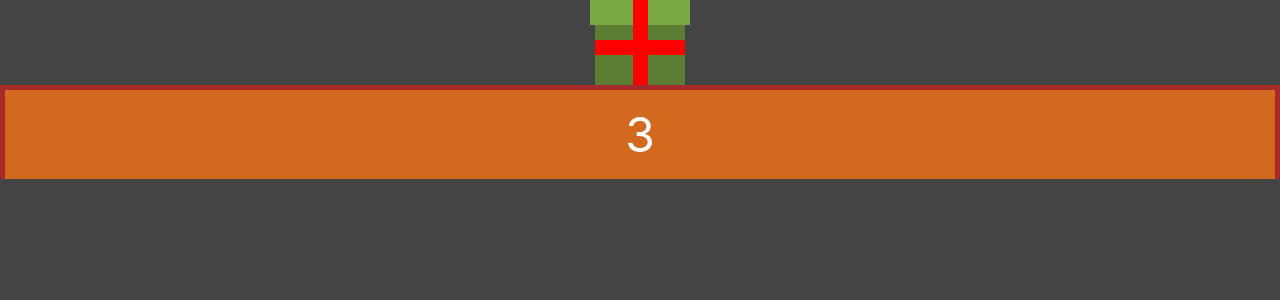
Repository: Mira757/Projeto-Porta-Premiada
Page: /
The author's editor kept a copy of each file at every save. The page is drawn from the files as they stood at one save, then again after the next save.
The browser window is 1280 px wide. The pictures show the whole page.
The project was rebuilt for these pictures with package versions that can differ from the ones it lists, and the page was loaded fresh each time. The framework's server and built-in components were replaced by stand-ins that run in the browser. Also part of the build but not shown: next.config.js.

Above is the page before, as saved 2022-03-16 17:53:01.

### pages/index.jsx
import Porta from "../components/Porta";
import Presente from "../components/Presente";

export default function Home() {
  return (
    <div >
      <Presente />
      <Porta/>
    </div>
  )
}

### styles/globals.css
html,
body {
  padding: 0;
  margin: 0;
  font-family: -apple-system, BlinkMacSystemFont, Segoe UI, Roboto, Oxygen,
    Ubuntu, Cantarell, Fira Sans, Droid Sans, Helvetica Neue, sans-serif;
  background-color: #444;
  color: #fff;
}

a {
  color: inherit;
  text-decoration: none;
}

* {
  box-sizing: border-box;
}

:rott {
  --area-porta-altura: 310px;
  --area-porta-largura: 200px;
}

### components/Porta.jsx
import styles from "../styles/Porta.module.css"

export default function Porta(props) {
  return (
    <div className={styles.area}>
      <div className={styles.estrutura}>
        <div className={styles.porta}>
          <div className={styles.numero}>3</div>
        </div>
      </div>
    </div>
  )
}

### components/Presente.jsx
import styles from "../styles/Presente.module.css"

export default function Presente() {
  return (
    <div className={styles.presente}>
      <div className={styles.topo}></div>
      <div className={styles.corpo}></div>
      <div className={styles.laco1}></div>
      <div className={styles.laco2}></div>
    </div>
  )
}

### styles/Porta.module.css
.area {
  display: flex;
  width: var(--area-porta-largura);
  height: var(--area-porta-altura);
}

.estrutura {
  display: flex;
  flex-grow: 1;
  border-left: 5px solid brown;
  border-right: 5px solid brown;
  border-top: 5px solid brown;
}

.porta {
  display: flex;
  flex-direction: column;
  flex-grow: 1;
  background-color: chocolate;
  align-items: center;
  padding: 15px;
}

.numero {
  font-size: 3rem;
}

### styles/Presente.module.css
.presente {
  position: relative;
  display: flex;
  flex-direction: column;
  align-items: center;
}

.topo {
  width: 100px;
  height: 25px;
  background-color: #7aa944;
}

.corpo {
  width: 90px;
  height: 60px;
  background-color: #5c7e32;
}

.laco1 {
  position: absolute;
  width: 15px;
  height: 85px;
  background-color: red;
}

.laco2 {
  position: absolute;
  top: 40px;
  width: 90px;
  height: 15px;
  background-color: red;
}

Loaded but not shown: pages/_app.js (common file)

After the next save:
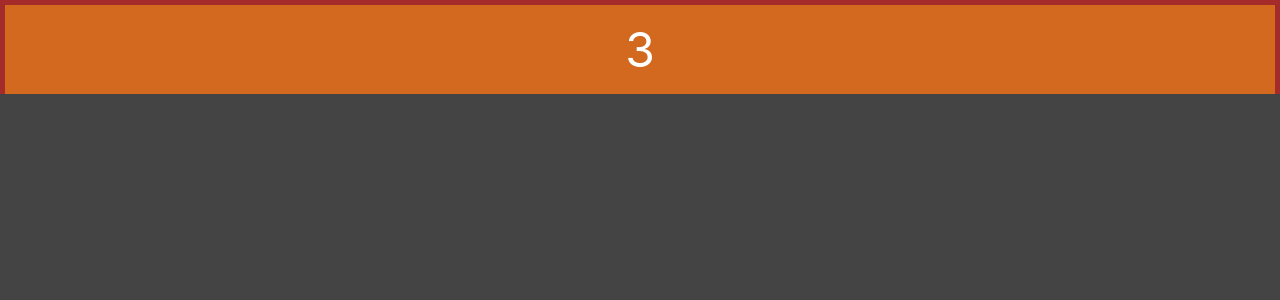
Saved 6 s later.
--- a/pages/index.jsx
+++ b/pages/index.jsx
@@ -4,7 +4,6 @@ import Presente from "../components/Presente";
 export default function Home() {
   return (
     <div >
-      <Presente />
       <Porta/>
     </div>
   )
